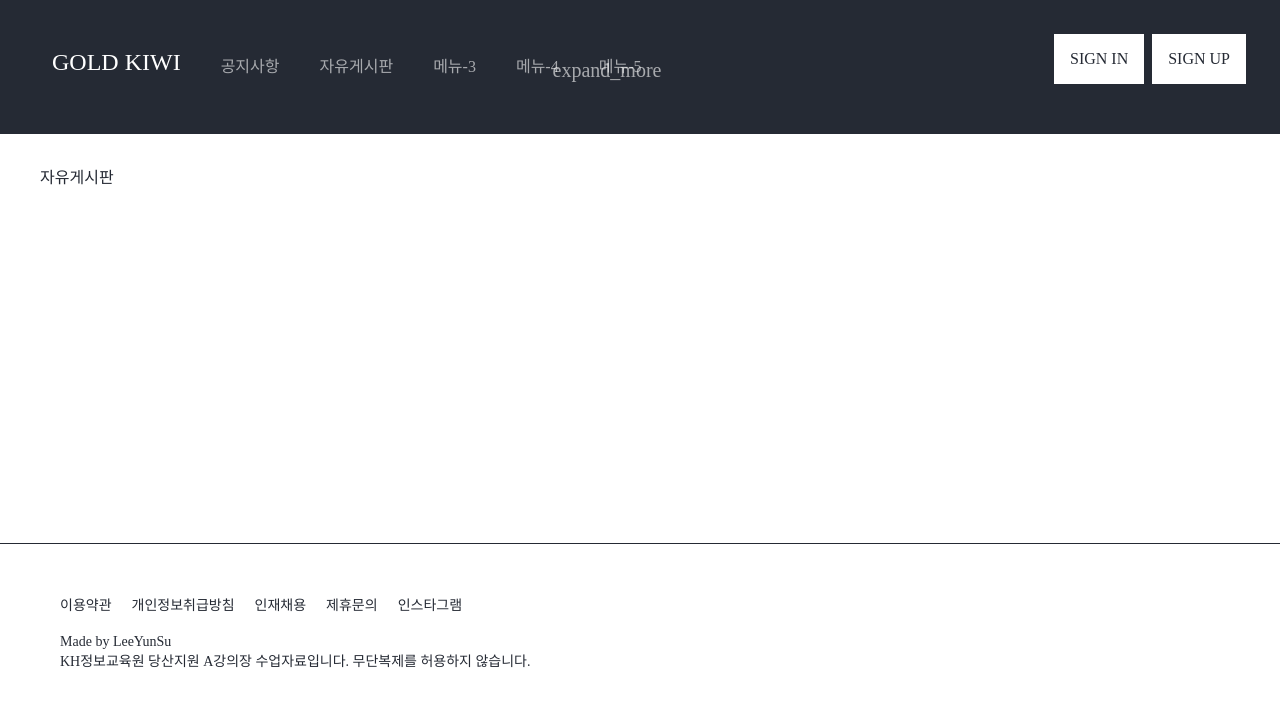
Repository: RiboKim/web-workspace
Page: http://localhost/07_mvc2WebProject/WEB-INF/views/board/boardList.jsp
The author's editor kept a copy of each file at every save. The page is drawn from the files as they stood at one save, then again after the next save.
The browser window is 1280 px wide. The pictures show the whole page.
Some web fonts or font styles are not loaded; a fallback is used. The page is served by Tomcat 9. Nobody is signed in. Other server files are loaded and not shown. The template is opened directly, without the code that normally fills it, so the values that code supplies are empty.

Above is the page before, as saved 2023-02-20 09:09:02.

### 07_mvc2WebProject/src/main/webapp/WEB-INF/views/board/boardList.jsp
<%@ page language="java" contentType="text/html; charset=UTF-8"
    pageEncoding="UTF-8"%>
<!DOCTYPE html>
<html>
<head>
<meta charset="UTF-8">
<title>Insert title here</title>
</head>
<body>
	<%@include file="/WEB-INF/views/common/header.jsp" %>
	<div class="page-content">
		<div class="content-title">자유게시판</div>
		<%if(m != null && m.getMemberLevel() != 3) {%>
		<a class="btn bc4 writeBtn" href="/boardWriteFrm.do">글쓰기</a>
		<%} %>

		<table class="tbl tbl-hover board-tbl">
			<tr class="tr-2">
			</tr>
		</table>
	</div>
	<%@include file="/WEB-INF/views/common/footer.jsp" %>
</body>
</html>

### 07_mvc2WebProject/src/main/webapp/WEB-INF/views/common/header.jsp
<%@page import="kr.or.iei.member.model.vo.Member"%>
<%@ page language="java" contentType="text/html; charset=UTF-8"
    pageEncoding="UTF-8"%>
    <%
    	Member m = (Member)session.getAttribute("m");
    %>

	<!-- 구글 아이콘 -->
    <link href="https://fonts.googleapis.com/icon?family=Material+Icons" rel="stylesheet">
    <!-- jquery -->
    <script src="/js/jquery-3.6.0.js"></script>
    <!-- 기본 CSS -->
    <link rel="stylesheet" href="/css/default.css" />
    <!-- 기본 js -->
    <script src="/js/default.js"></script>

    <header>
      <div class="site-logo">
        <a href="/">GOLD KIWI</a>
      </div>
      <nav>
        <ul class="navi">
          <li><a href="/noticeList.do?requestPage=1">공지사항</a></li>
          <li><a href="/boardList.do">자유게시판</a></li>
          <li><a href="#">메뉴-3</a></li>
          <li><a href="#">메뉴-4</a></li>
          <li>
			<a href="#">메뉴-5</a>
            <ul class="sub-navi">
              <li><a href="#">sub-1</a></li>
              <li><a href="#">sub-2</a></li>
              <li><a href="#">sub-3</a></li>
            </ul>
           </li>
        </ul>
      </nav>
      <div class="header-link">
      <%if(m == null){ %>
        <button class="btn bc11 modal-open-btn" target="#login-modal">SIGN IN</button>
        <a class="btn bc11" href="/signupFrm.do">SIGN UP</a>
      <%}else{ %>
      <%--<a class="btn bc11" href="/mypage1.do"><%=m.getMemberName() %></a> --%>
      <%--memberId를 mypage2.do로 넘겨주는거 --%>
      <a class="btn bc11" href="/mypage2.do?memberId=<%=m.getMemberId() %>"><%=m.getMemberName() %></a>

      <a class="btn bc11" href="/logout.do">LOGOUT</a>
      <%} %>
      </div>
    </header>
    <%if(m == null) {%>
    <div id="login-modal" class="modal-bg">
      <div class="modal-wrap">
        <div class="modal-head">
          <h2>SIGN IN</h2>
          <span class="material-icons close-icon modal-close">close</span>
        </div>
        <form action="/signin.do" method="post">
        <div class="modal-content">
          <div class="input-box">
          	<label for="signId">아이디</label>
          	<input type="text" name="signId" id="signId" class="input-form" placeholder="아이디입력">
          </div>
          <div class="input-box">
          	<label for="signPw">비밀번호</label>
          	<input type="password" name="signPw" id="signPw" class="input-form" placeholder="비밀번호입력">
          </div>
          <div class="input-box link-box">
          	<a href="#">아이디/비밀번호 찾기</a>
          </div>
        </div>
        <div class="modal-foot">
          <button type="submit" class="btn bc11">로그인</button>
          <button type="button" class="btn bc1 modal-close">취소</button>
        </div>
        </form>
      </div>
    </div>
    <%}%>

### 07_mvc2WebProject/src/main/webapp/WEB-INF/views/common/footer.jsp
<%@ page language="java" contentType="text/html; charset=UTF-8"
    pageEncoding="UTF-8"%>
	<footer>
      <div class="footer-content">
        <ul>
          <li><a href="#">이용약관</a></li>
          <li><a href="#">개인정보취급방침</a></li>
          <li><a href="#">인재채용</a></li>
          <li><a href="#">제휴문의</a></li>
          <li><a href="#">인스타그램</a></li>
        </ul>
        <p>Made by LeeYunSu</p>
        <p>
          KH정보교육원 당산지원 A강의장 수업자료입니다. 무단복제를 허용하지
          않습니다.
        </p>
      </div>
    </footer>

### 07_mvc2WebProject/src/main/webapp/css/default.css
/* 사용할 font 선언 */
@font-face {
  font-family: ns-thin;
  src: url(../font/NotoSansKR-Thin.otf);
}
@font-face {
  font-family: ns-light;
  src: url(../font/NotoSansKR-Light.otf);
}
@font-face {
  font-family: ns-m;
  src: url(../font/NotoSansKR-Medium.otf);
}
@font-face {
  font-family: ns-bold;
  src: url(../font/NotoSansKR-Bold.otf);
}
@font-face {
  font-family: ns-black;
  src: url(../font/NotoSansKR-Black.otf);
}
/*
    사이트 사용 색상
    balck : #252A34
    darkgray : #393E46
    lightgray : #EEEEEE
    dark-mint : #00ADB5
    mint : #08D9D6
    point-red : #FF2E63
    point-pink : #F85F73
    point-violet : #892CDC
*/
/* 전체태그 기본 margin, padding 제거 */
/* 기본 글씨 색 및 폰트 설정 */

* {
  margin: 0;
  padding: 0;
  color: #252a34;
  font-family: ns-m;
}
body {
  display: flex;
  flex-direction: column;
  min-height: 100vh;
}
/* 기본화면 레이아웃 */
a {
  text-decoration: none;
}
header {
  background-color: #252a34;
  padding: 32px;
  display: flex;
  min-width: 1200px;
}
header > *:not(.header-link) {
  float: left;
}
header > .site-logo {
  padding: 0px 20px;
}
header > .site-logo > a {
  color: #fff;
  font-family: ns-bold;
  font-size: 24px;
  line-height: 60px;
}
header > nav {
  flex-grow: 1;
}

header > nav > .navi {
  list-style-type: none;
}
header > nav > .navi > li {
  float: left;
  position: relative;
}
header > nav > .navi > li > a {
  display: block;
  color: rgba(255, 255, 255, 0.6);
  padding: 5px 20px;
  transition-duration: 0.5s;
  line-height: 60px;
}
header > nav > .navi > li:hover > a,
header > nav > .navi > li:hover > a + span {
  color: rgba(255, 255, 255, 1);
}
header > nav > .navi > li:hover > .sub-navi {
  display : block;
}
header > nav .sub-navi {
  position: absolute;
  background-color: #fff;
  list-style-type: none;
  display: none;
  border: 1px solid rgba(0, 0, 0, 0.2);
  left: 10px;
  min-width: 10rem;
}
header > nav .sub-navi > li {
  padding: 0.25rem 1rem;
}
header > nav .sub-navi > li > a {
  display: block;
}
header > nav .sub-navi > li:hover {
  background-color: rgba(0, 0, 0, 0.05);
}
.material-icons.dropdown {
  font-size: 20px;
  color: rgba(255, 255, 255, 0.6);
  position: absolute;
  right: 0px;
  top: 27px;
  transition-duration: 0.5s;
}
.material-icons.dropdown:hover {
  cursor: pointer;
}
.page-content {
  width: 1200px;
  margin: 30px auto;
  margin-bottom: 10px;
  flex-grow: 1;
}
.page-title {
  font-family: ns-bold;
  padding: 20px 0px;
  font-size: 1.5rem;
}
footer {
  padding: 50px;
  border-top: 1px solid #252a34;
}
footer > .footer-content {
  width: 1200px;
  margin: 0 auto;
  padding: 0px 10px;
}
footer > .footer-content * {
  font-size: 14px;
}
footer > .footer-content > ul {
  list-style-type: none;
  overflow: hidden;
  margin-bottom: 20px;
}
footer > .footer-content > ul > li {
  float: left;
}
footer > .footer-content > ul > li > a {
  padding-right: 20px;
}

/* font 클래스*/
.f-thin {
  font-family: ns-thin;
}
.f-light {
  font-family: ns-light;
}
.f-medium {
  font-family: ns-m;
}
.f-bold {
  font-family: ns-bold;
}
.f-black {
  font-family: ns-black;
}

/* 글씨 색 */
.fc-1 {
  color: #252a34;
}
.fc-2 {
  color: #393e46;
}
.fc-3 {
  color: #eeeeee;
}
.fc-4 {
  color: #00adb5;
}
.fc-5 {
  color: #08d9d6;
}
.fc-6 {
  color: #ff2e63;
}
.fc-7 {
  color: #f85f73;
}
.fc-8 {
  color: #892cdc;
}

/* 배경 색*/
.bg-1 {
  background-color: #252a34;
}
.bg-2 {
  background-color: #393e46;
}
.bg-3 {
  background-color: #eeeeee;
}
.bg-4 {
  background-color: #00adb5;
}
.bg-5 {
  background-color: #08d9d6;
}
.bg-6 {
  background-color: #ff2e63;
}
.bg-7 {
  background-color: #f85f73;
}
.bg-8 {
  background-color: #892cdc;
}

/* 테이블 디자인 */
.tbl {
  width: 100%;
  border-spacing: 0px;
  border-collapse: collapse;
}
.tbl th,
.tbl td {
  padding: 1rem;
  text-align: center;
}
.tbl .tr-1 {
  background-color: rgba(255, 255, 255, 1);
}
.tbl .tr-2 {
  background-color: rgba(57, 62, 70, 0.1);
}
.tbl .tr-3 {
  background-color: rgba(0, 173, 181, 0.1);
}
.tbl .tr-4 {
  background-color: rgba(137, 44, 220, 0.1);
}
.tbl .tr-5 {
  background-color: rgba(255, 46, 999, 0.1);
}
.tbl .td-1 {
  background-color: rgba(255, 255, 255, 1);
}
.tbl .td-2 {
  background-color: rgba(57, 62, 70, 0.1);
}
.tbl .td-3 {
  background-color: rgba(0, 173, 181, 0.1);
}
.tbl .td-4 {
  background-color: rgba(137, 44, 220, 0.1);
}
.tbl .td-5 {
  background-color: rgba(255, 46, 999, 0.1);
}
.tbl.tbl-hover .tr-1:hover {
  background-color: rgba(0, 0, 0, 0.05);
}
.tbl.tbl-hover .tr-2:hover {
  background-color: rgba(57, 62, 70, 0.15);
}
.tbl.tbl-hover .tr-3:hover {
  background-color: rgba(0, 173, 181, 0.15);
}
.tbl.tbl-hover .tr-4:hover {
  background-color: rgba(137, 44, 220, 0.15);
}
.tbl.tbl-hover .tr-5:hover {
  background-color: rgba(255, 46, 999, 0.15);
}

/* 버튼 디자인 */
.btn {
  border: none;
  padding: 1rem;
  display: inline-block;
  box-sizing: border-box;
  transition-duration: 0.5s;
  font-size: 16px;
  font-family: ns-light;
}
.bc1 {
  background-color: rgba(37, 42, 52, 0.9);
  color: #fff;
  border: 2px solid rgba(37, 42, 52, 0.9);
}
.bc1:hover {
  background-color: rgba(37, 42, 52, 1);
  cursor: pointer;
}
.bc2 {
  background-color: rgba(57, 62, 70, 0.9);
  color: #fff;
  border: 2px solid rgba(57, 62, 70, 0.9);
}
.bc2:hover {
  background-color: rgba(57, 62, 70, 1);
  cursor: pointer;
}
.bc3 {
  background-color: rgba(238, 238, 238, 0.9);
  color: #252a34;
  border: 2px solid rgba(238, 238, 238, 0.9);
}
.bc3:hover {
  background-color: rgba(238, 238, 238, 1);
  cursor: pointer;
}
.bc4 {
  background-color: rgba(0, 173, 181, 0.9);
  color: #fff;
  border: 2px solid rgba(0, 173, 181, 0.9);
}
.bc4:hover {
  background-color: rgba(0, 173, 181, 1);
  cursor: pointer;
}
.bc5 {
  background-color: rgba(8, 217, 214, 0.9);
  color: #fff;
  border: 2px solid rgba(8, 217, 214, 0.9);
}
.bc5:hover {
  background-color: rgba(8, 217, 214, 1);
  cursor: pointer;
}
.bc6 {
  background-color: rgba(255, 46, 99, 0.9);
  color: #fff;
  border: 2px solid rgba(255, 46, 99, 0.9);
}
.bc6:hover {
  background-color: rgba(255, 46, 99, 1);
  cursor: pointer;
}
.bc7 {
  background-color: rgba(248, 95, 115, 0.9);
  color: #fff;
  border: 2px solid rgba(248, 95, 115, 0.9);
}
.bc7:hover {
  background-color: rgba(248, 95, 115, 1);
  cursor: pointer;
}
.bc8 {
  background-color: rgba(137, 44, 220, 0.9);
  color: #fff;
  border: 2px solid rgba(137, 44, 220, 0.9);
}
.bc8:hover {
  background-color: rgba(137, 44, 220, 1);
  cursor: pointer;
}
.bc11 {
  color: rgba(37, 42, 52, 1);
  background-color: #fff;
  border: 2px solid rgba(37, 42, 52, 1);
}
.bc11:hover {
  background-color: rgba(37, 42, 52, 1);
  cursor: pointer;
  color: #fff;
}
.bc22 {
  color: rgba(57, 62, 70, 1);
  background-color: #fff;
  border: 2px solid rgba(57, 62, 70, 1);
}
.bc22:hover {
  background-color: rgba(57, 62, 70, 1);
  cursor: pointer;
  color: #fff;
}
.bc33 {
  color: rgba(37, 42, 52, 1);
  background-color: #fff;
  border: 2px solid rgba(238, 238, 238, 1);
}
.bc33:hover {
  background-color: rgba(238, 238, 238, 1);
  cursor: pointer;
  color: rgba(37, 42, 52, 1);
}
.bc44 {
  color: rgba(0, 173, 181, 1);
  background-color: #fff;
  border: 2px solid rgba(0, 173, 181, 1);
}
.bc44:hover {
  background-color: rgba(0, 173, 181, 1);
  color: #fff;
  cursor: pointer;
}
.bc55 {
  color: rgba(8, 217, 214, 1);
  background-color: #fff;
  border: 2px solid rgba(8, 217, 214, 1);
}
.bc55:hover {
  background-color: rgba(8, 217, 214, 1);
  color: #fff;
  cursor: pointer;
}
.bc66 {
  color: rgba(255, 46, 99, 1);
  background-color: #fff;
  border: 2px solid rgba(255, 46, 99, 1);
}
.bc66:hover {
  background-color: rgba(255, 46, 99, 1);
  color: #fff;
  cursor: pointer;
}
.bc77 {
  color: rgba(248, 95, 115, 1);
  background-color: #fff;
  border: 2px solid rgba(248, 95, 115, 1);
}
.bc77:hover {
  background-color: rgba(248, 95, 115, 1);
  color: #fff;
  cursor: pointer;
}
.bc88 {
  color: rgba(137, 44, 220, 1);
  background-color: #fff;
  border: 2px solid rgba(137, 44, 220, 1);
}
.bc88:hover {
  background-color: rgba(137, 44, 220, 1);
  color: #fff;
  cursor: pointer;
}
.bs1 {
  padding: 1rem;
}
.bs2 {
  padding: 1.5rem;
  font-size: 1.1em;
}
.bs3 {
  padding: 2rem;
  font-size: 1.2em;
}
.bs4 {
  width: 100%;
  padding: 2rem;
  font-size: 1.2em;
}
/* input 디자인 */
.input-form {
  width: 100%;
  display: block;
  padding: 0.8rem;
  background-color: #fff;
  outline: none;
  border: 1px solid #ccc;

  box-sizing: border-box;
}
.input-form:focus {
  box-shadow: 0 0 0 0.1rem #eee;
}

textarea.input-form {
  resize: none;
  min-height: 300px;
}
.input-form:read-only:not(select),
.input-form:disabled {
  background-color: #f7f7f9;
}
/* 페이징 디자인 */
.pagination {
  list-style-type: none;
  display: flex;
  justify-content: center;
  align-items: center;
}
.pagination > li {
  width: 40px;
  height: 40px;
  text-align: center;
  line-height: 40px;
  overflow: hidden;
}
.pagination.circle-style > li {
  border-radius: 50%;
}
.pagination > li > a.page-item {
  display: block;
  width: 100%;
  height: 100%;
  font-size: 18px;
}
.pagination > li > a.page-item > span.material-icons {
  display: block;
  width: 100%;
  height: 100%;
  line-height: 40px;
}
.pagination .page-item.active-page {
  background-color: #252a34;
  color: #fff;
}
/*게시물 표현*/
.posting-wrap {
  display: flex;
  flex-wrap: wrap;
}
.posting-wrap .posting-item {
  box-sizing: border-box;
  width: calc(100% / 5);
  padding: 20px;
}
.posting-wrap .posting-item .posting-img img {
  width: 100%;
  height: 200px;
}
.posting-wrap .posting-item .posting-content {
  width: 80%;
  margin: 0 auto;
}
.posting-wrap .posting-item:hover {
  box-shadow: 0 2px 10px 0 rgba(0, 0, 0, 0.2);
}
/* 댓글 */
.posting-comment {
  display: flex;
  border-top: 2px solid #ccc;

  list-style-type: none;
}
.posting-comment > li {
  box-sizing: border-box;
}
.posting-comment > li:first-child {
  width: 15%;
  display: flex;
  justify-content: center;
  align-items: center;
  min-height: 100px;
  border-right: 1px solid #ccc;
}
.posting-comment.reply > li:first-child {
  width: 20%;
}
.posting-comment > li:first-child .material-icons {
  font-size: 80px;
  color: #ccc;
}
.posting-comment.reply > li:first-child .material-icons:first-child {
  font-size: 40px;
  color: #ccc;
}
.posting-comment.reply > li:last-child {
  display: flex;
  flex-direction: column;
  width: 80%;
}
.posting-comment > li:last-child {
  display: flex;
  flex-direction: column;
  width: 85%;
}
.posting-comment > li:last-child > p {
  width: 100%;
  padding: 5px;
  box-sizing: border-box;
}
.posting-comment > li:last-child > .comment-info > span {
  padding: 0px 10px;
}
.posting-comment > li:last-child > .comment-info > span:not(:last-child) {
  border-right: 2px solid #ccc;
}
.posting-comment > li:last-child > .comment-content {
  padding: 0px 15px;
}
.posting-comment > li:last-child > .comment-link {
  text-align: right;
}
.posting-comment > li:last-child > .comment-link > a {
  margin: 0px 5px;
}
.posting-comment > li:last-child > .comment-link > a:hover {
  text-decoration: underline;
}

/*모달*/
.modal-bg {
  background-color: rgba(0, 0, 0, 0.3);
  position: fixed;
  width: 100%;
  height: 100vh;
  display: none;
  align-items: center;
  flex-direction: column;
}
.modal-wrap {
  margin-top: 150px;
  width: 600px;
  background: #fff;
  height: auto;
}
.modal-wrap div {
  padding: 1rem;
}
.modal-wrap div:not(:last-child) {
  border-bottom: 1px solid #ccc;
}
.modal-wrap .modal-foot {
  text-align: right;
}
.modal-wrap div.modal-head {
  position: relative;
}
.close-icon {
  position: absolute;
  top: 16px;
  right: 16px;
  font-size: 30px;
}
.close-icon:hover {
  cursor: pointer;
}

### 07_mvc2WebProject/src/main/webapp/js/default.js
$(function () {
  $(document).on("click", ".modal-open-btn", function () {
    $($(this).attr("target")).css("display", "flex");
  });
  $(document).on("click", ".modal-close", function () {
    $(this).parents(".modal-wrap").parent().css("display", "none");
  });
  $(".sub-navi").prev().after("<span class='material-icons dropdown'>expand_more</span>");
});
function alertFunc(icon){
	swal({
        title: '제목',
        text: '내용내용내용',
        icon: icon
      });
      //이후 페이지 이동 시 추가
      /*
      .then(function(){
    	 window.location = "${loc}";
      });
      */
}

Loaded but not shown: 07_mvc2WebProject/src/main/webapp/js/jquery-3.6.0.js (library)

After the next save:
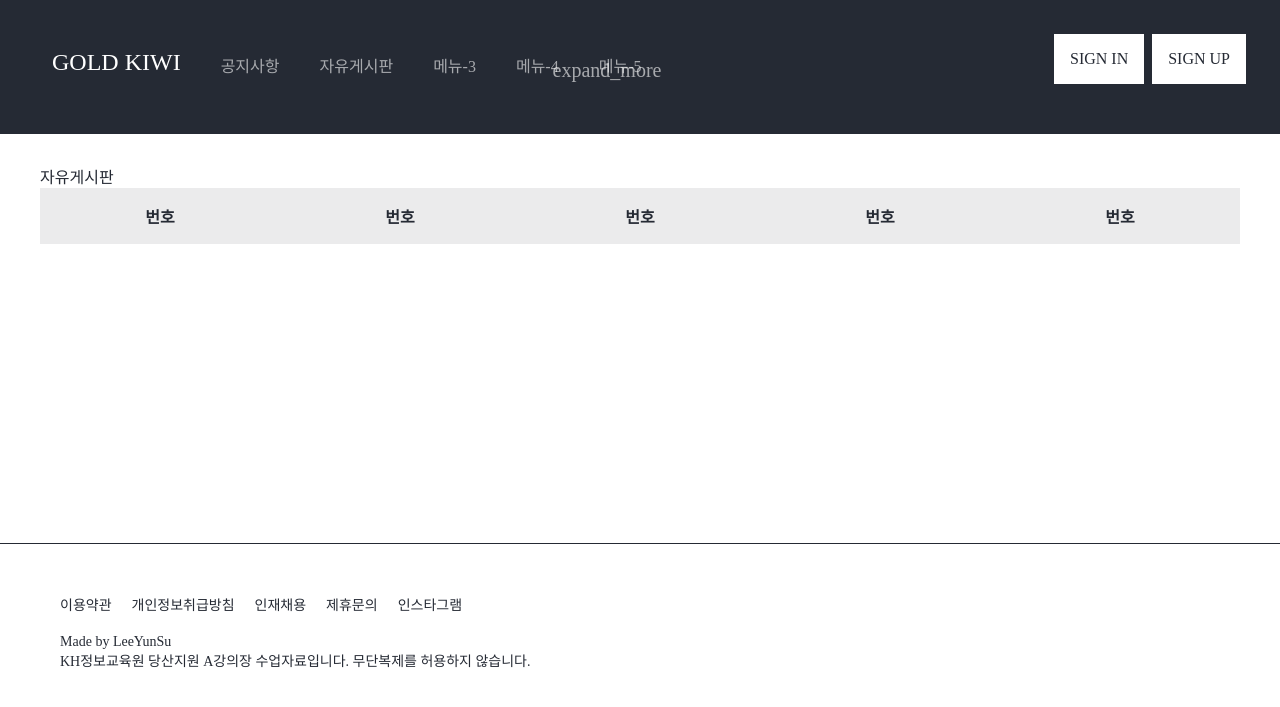
Saved 36 s later.
--- a/07_mvc2WebProject/src/main/webapp/WEB-INF/views/board/boardList.jsp
+++ b/07_mvc2WebProject/src/main/webapp/WEB-INF/views/board/boardList.jsp
@@ -16,6 +16,11 @@
 
 		<table class="tbl tbl-hover board-tbl">
 			<tr class="tr-2">
+				<th style="width10%">번호</th>
+				<th style="width45%">번호</th>
+				<th style="width15%">번호</th>
+				<th style="width20%">번호</th>
+				<th style="width10%">번호</th>
 			</tr>
 		</table>
 	</div>
